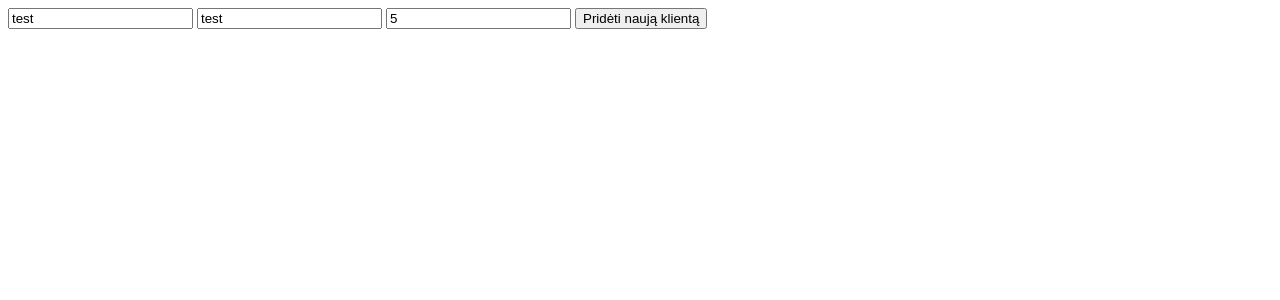
Repository: motiejus1/14-paskaita-PHP-05.31
Page: http://localhost/klientupildymoforma.php
An editor plug-in stored every save of this project. The page is shown before and after a run of saves, followed by the edit.
The browser window is 1280 px wide. The pictures show the whole page.
The page is run by PHP 8.4 with error messages shown; the project is at /var/www/html/.

Above is the page before, as saved 2021-08-14 11:08:00.

### klientupildymoforma.php
<?php
require_once("connection.php");
?>
<!DOCTYPE html>
<html lang="en">
<head>
    <meta charset="UTF-8">
    <meta http-equiv="X-UA-Compatible" content="IE=edge">
    <meta name="viewport" content="width=device-width, initial-scale=1.0">
    <title>Kleintu pildymo forma</title>
</head>
<body>
    <form action="klientupildymoforma.php" method="get">
        <input type="text" value="test" name="vardas"/>
        <input type="text" value="test" name="pavarde"/>
        <input type="text" value="5" name="teises_id"/>
        <button type="submit" name="prideti">Pridėti naują klientą</button>
    </form>

    <?php
    if(isset($_GET["prideti"])) {
        if(isset($_GET["vardas"]) && !empty($_GET["vardas"]) && isset($_GET["pavarde"]) && !empty($_GET["vardas"]) ) {

        }
    }

    ?>
</body>
</html>
<?php
// Sukurti forma, kuri pagal ivestus duomenis isaugo duomenu bazes lenteleje Klientai.


?>

### connection.php
<?php


//Prisijungimai prie duomenu bazes yra duodami
$duomenu_bazes_serveris = "localhost";
$duomenu_bazes_slapyvardis = "root";
$duomenu_bazes_slaptazodis = "";
$duomenu_bazes_pavadinimas = "klientuvaldymosistema";


$prisijungimas = mysqli_connect($duomenu_bazes_serveris,$duomenu_bazes_slapyvardis,$duomenu_bazes_slaptazodis,$duomenu_bazes_pavadinimas);

//false - kai prisijungimas yra nesekmingas, ir negrazino nieko-kai prisijungimas yra sekmingas

if($prisijungimas == false) {
    die("Nepavyko prisijungti prie duomenu bazes". mysqli_connect_error());
} else {
    // echo "Prisijungta sekmingai";
}

?>

After the next 2 saves:
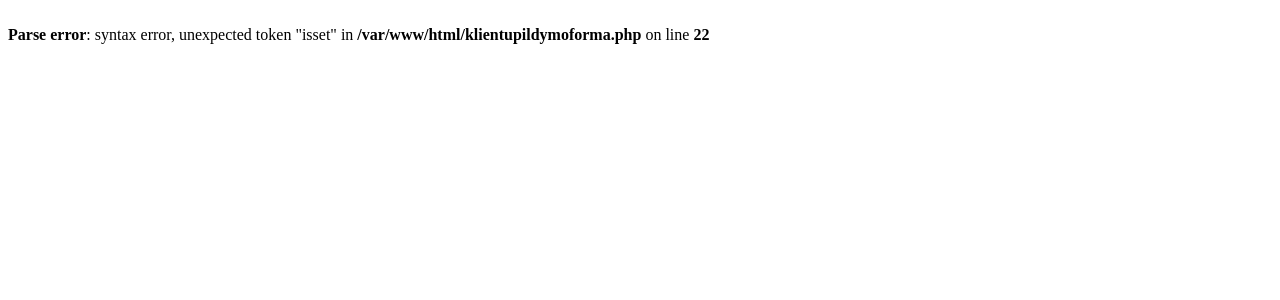
The 2 saves are shown as one change because they came seconds apart.
The last was saved 8 s later.
--- a/klientupildymoforma.php
+++ b/klientupildymoforma.php
@@ -19,7 +19,7 @@
 
     <?php
     if(isset($_GET["prideti"])) {
-        if(isset($_GET["vardas"]) && !empty($_GET["vardas"]) && isset($_GET["pavarde"]) && !empty($_GET["vardas"]) ) {
+        if(isset($_GET["vardas"]) && !empty($_GET["vardas"]) && isset($_GET["pavarde"]) && !empty($_GET["pavarde"]) isset($_GET["vardas"]) && !empty($_GET["vardas"]) ) {
 
         }
     }

After the save that followed:
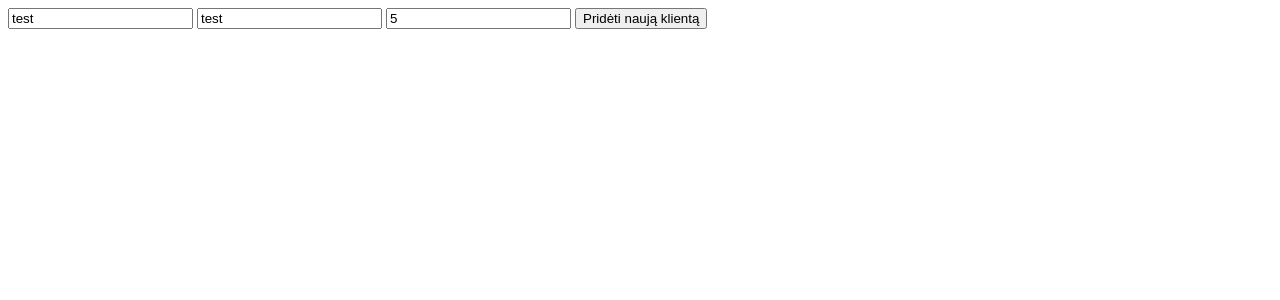
Saved 4 s later.
--- a/klientupildymoforma.php
+++ b/klientupildymoforma.php
@@ -19,7 +19,7 @@
 
     <?php
     if(isset($_GET["prideti"])) {
-        if(isset($_GET["vardas"]) && !empty($_GET["vardas"]) && isset($_GET["pavarde"]) && !empty($_GET["pavarde"]) isset($_GET["vardas"]) && !empty($_GET["vardas"]) ) {
+        if(isset($_GET["vardas"]) && !empty($_GET["vardas"]) && isset($_GET["pavarde"]) && !empty($_GET["pavarde"]) && isset($_GET["vardas"]) && !empty($_GET["vardas"]) ) {
 
         }
     }
